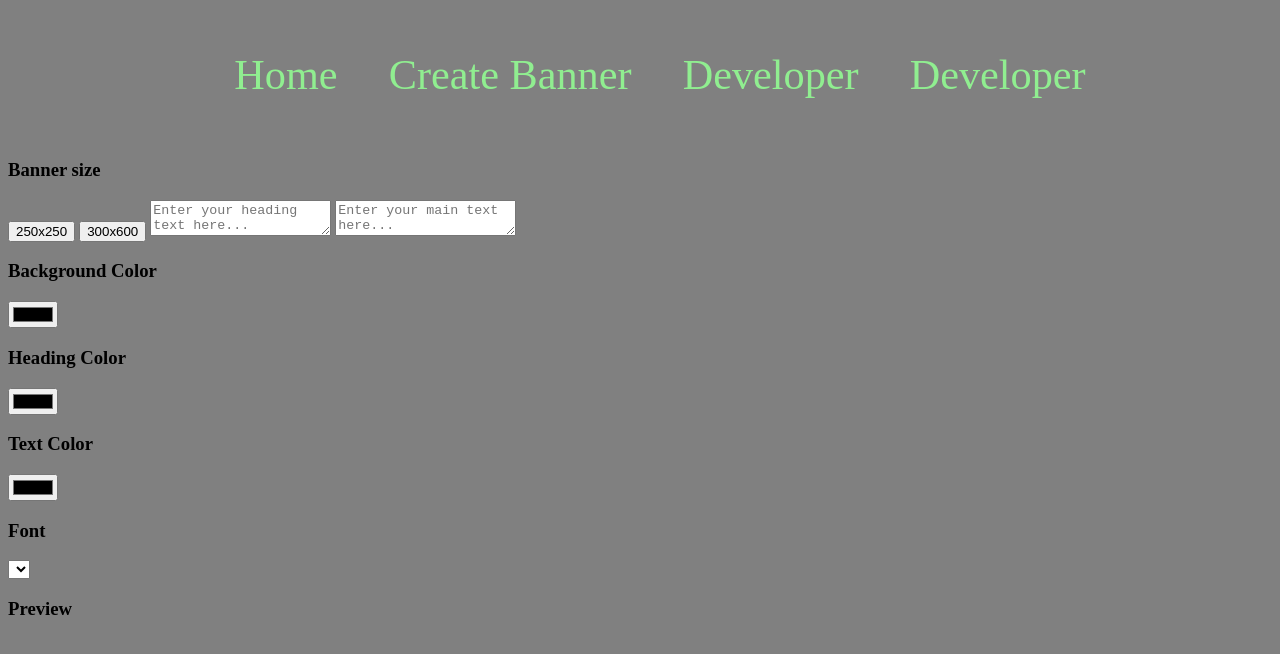
Repository: Yuravolontir/--Baner-Editor--
Page: banner.html
These files come from the project's save history. The page is drawn as it stood at one moment and after the next save; the edit follows.
The browser window is 1280 px wide. The pictures show the whole page.

Above is the page before, as saved 2025-07-15 19:29:37.

After the next save:
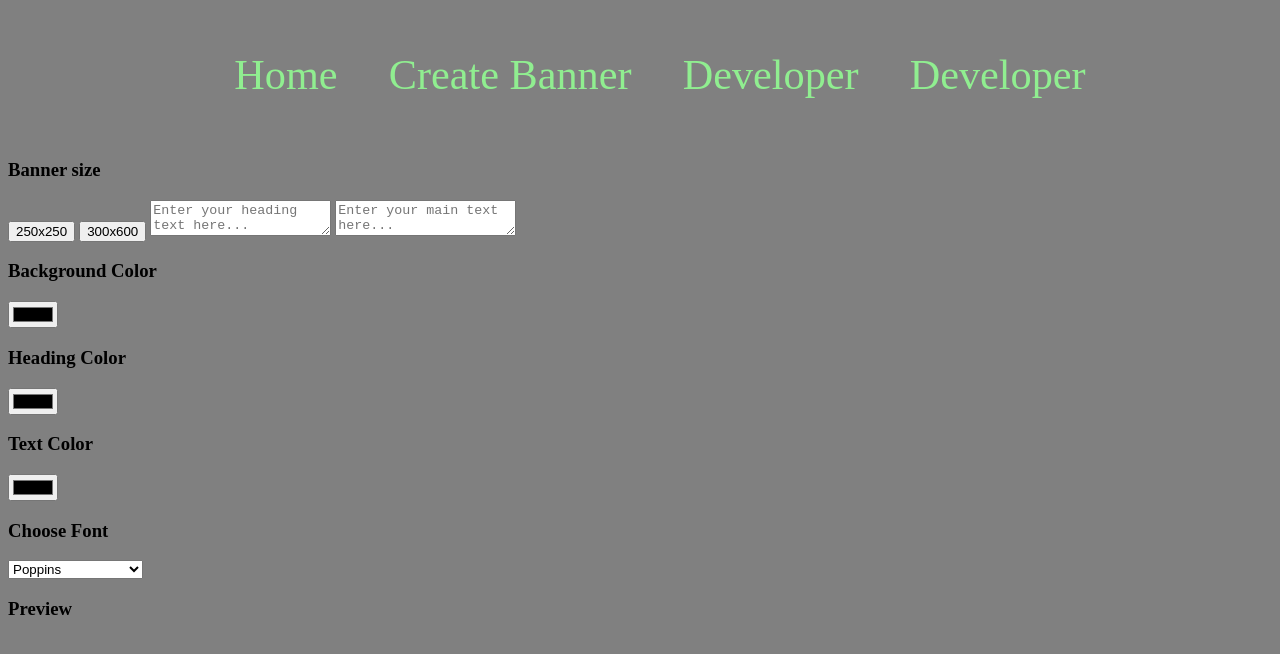
Saved 97 s later.
--- a/banner.html
+++ b/banner.html
@@ -33,9 +33,18 @@
 <h3>Text Color</h3>
 <input type="color" id="TextColor">
 
-<h3>Font</h3>
-<select id="font"></select>
-</div>
+<h3>Choose Font</h3>
+<select id="font">
+  <option value="Poppins">Poppins</option>
+  <option value="Roboto">Roboto</option>
+  <option value="Montserrat">Montserrat</option>
+  <option value="Courier New">Courier New</option>
+  <option value="Georgia">Georgia</option>
+  <option value="Comic Sans MS">Comic Sans</option>
+  <option value="Impact">Impact</option>
+  <option value="Times New Roman">Times New Roman</option>
+  <option value="Arial">Arial</option>
+</select>
 
 <h3>Preview</h3>
 <div id="preview">
